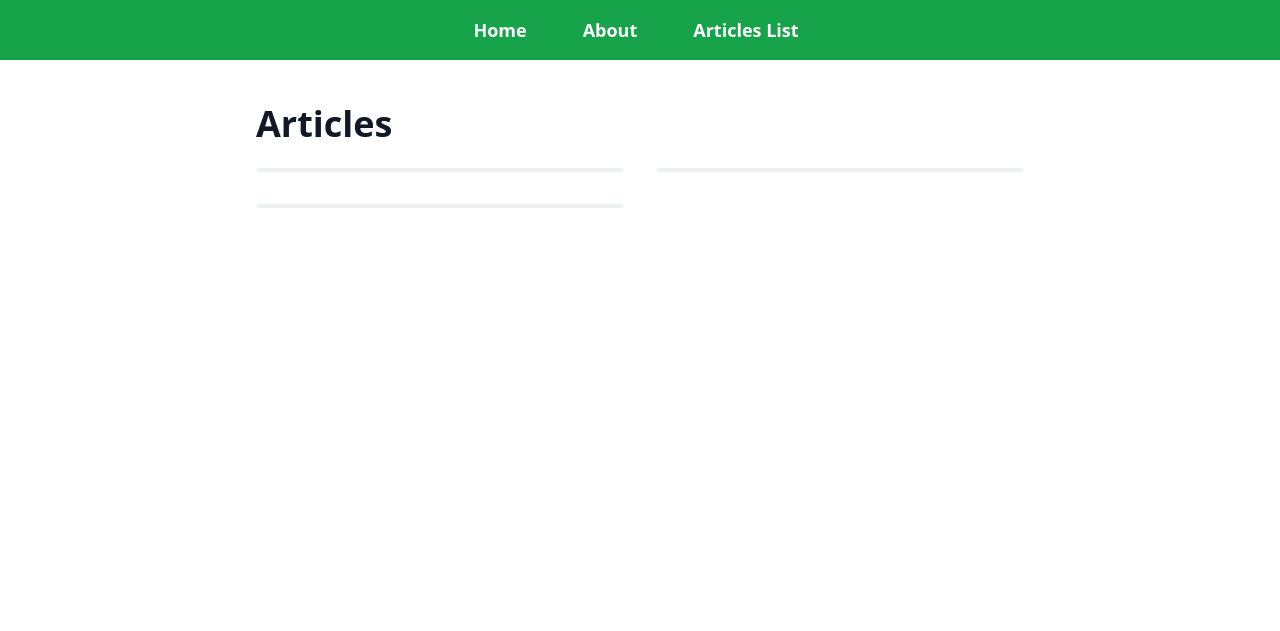
Repository: ymw0331/blog-mern-webapp
Page: /articles-list (app in client/)
The author's editor kept a copy of each file at every save. The page is drawn from the files as they stood at one save, then again after the next save.
The browser window is 1280 px wide. The pictures show the whole page.
The project was rebuilt for these pictures with package versions that can differ from the ones it lists, and the page was loaded fresh each time. Also part of the build but not shown: client/src/pages/Home.js, client/src/pages/About.js, client/src/pages/Article.js.

Above is the page before, as saved 2022-12-10 21:20:31.

### client/src/App.js
import { BrowserRouter as Router, Route, Routes } from 'react-router-dom';
// Pages
import Home from './pages/Home';
import About from './pages/About';
import Article from './pages/Article';
import ArticlesList from './pages/ArticlesList';
import Navbar from './components/Navbar';

function App() {
  return (
    <Router>
      <Navbar />
      <div className='max-w-screen-md mx-auto pt-20'>
        <Routes>
          <Route path='/' element={<Home />} />
          <Route path='/about' element={<About />} />
          <Route path='/articles-list' element={<ArticlesList />} />
          <Route path='/article/:name' element={<Article />} />
        </Routes>
      </div>
    </Router>
  );
}

export default App;

### client/src/pages/ArticlesList.js
import React from 'react';
import articleContent from './article-content';
import { Link } from 'react-router-dom';

const ArticlesList = () => {
  return (
    <div>
      <h1 className='sm:text-4xl text-2xl font-bold my-6 text-gray-900'>
        Articles
      </h1>
      <div classname='container py-4 mx-auto'>
        <div className='flex flex-wrap -m-4'>
          {articleContent.map((article, index) => (
            <div key={index} className='p-4 md:w-1/2'>
              <div className='h-full border-2 border-gray-200 border-opacity-60 rounded-lg overflow-hidden'>
                <Link to={`/article/${article.name}`}>
                  <img className='lg:'/>
                </Link>
              </div>
            </div>
          ))}
        </div>
      </div>
    </div>
  );
};

export default ArticlesList;

### client/src/components/Navbar.js
import React from 'react';
import { Link } from 'react-router-dom';

const Navbar = () => {
  return (
    <nav className='border-b4 border-green-700 text-center fixed top-0 bg-green-600 font-bold w-full text-lg text-white'>
      <ul>
        <li className='inline-block py-4'>
          <Link to='/' className='pl-6 pr-8'>
            Home
          </Link>
        </li>
        <li className='inline-block py-4'>
          <Link to='/about' className='pl-6 pr-8'>
            About
          </Link>
        </li>
        <li className='inline-block py-4'>
          <Link to='/articles-list' className='pl-6 pr-8'>
            Articles List
          </Link>
        </li>
      </ul>
    </nav>
  );
};

export default Navbar;

### client/src/pages/article-content.js
const articles = [
  {
    name: 'learn-react',
    title: 'The Fastest Way to Learn React',
    thumbnail: '/images/blog1.jpeg',
    content: [
      `Welcome! Today we're going to be talking about the fastest way to learn React. Lorem proin congue ligula id risus posuere, vel eleifend ex egestas. Sed in turpis leo. Aliquam malesuada in massa tincidunt egestas. Nam consectetur varius turpis, non porta arcu porttitor non. In tincidunt vulputate nulla quis egestas. Ut eleifend ut ipsum non fringilla. Praesent imperdiet nulla nec est luctus, at sodales purus euismod.`,
      `Donec vel mauris lectus. Etiam nec lectus urna. Sed sodales ultrices dapibus. Nam blandit tristique risus, eget accumsan nisl interdum eu. Aenean ac accumsan nisi. Nunc vel pulvinar diam. Nam eleifend egestas viverra. Donec finibus lectus sed lorem ultricies, eget ornare leo luctus. Morbi vehicula, nulla eu tempor interdum, nibh elit congue tellus, ac vulputate urna lorem nec nisi. Morbi id consequat quam. Vivamus accumsan dui in facilisis aliquet.`,
      `Etiam nec lectus urna. Sed sodales ultrices dapibus. Nam blandit tristique risus, eget accumsan nisl interdum eu. Aenean ac accumsan nisi. Nunc vel pulvinar diam. Nam eleifend egestas viverra. Donec finibus lectus sed lorem ultricies, eget ornare leo luctus. Morbi vehicula, nulla eu tempor interdum, nibh elit congue tellus, ac vulputate urna lorem nec nisi. Morbi id consequat quam. Vivamus accumsan dui in facilisis aliquet.`,
    ],
  },
  {
    name: 'learn-node',
    title: 'How to Build a Node Server in 10 Minutes',
    thumbnail: '/images/blog2.jpeg',
    content: [
      `In this article, we're going to be talking looking at a very quick way to set up a Node.js server. We'll be discussing some topics such as proin congue ligula id risus posuere, vel eleifend ex egestas. Sed in turpis leo. Aliquam malesuada in massa tincidunt egestas. Nam consectetur varius turpis, non porta arcu porttitor non. In tincidunt vulputate nulla quis egestas. Ut eleifend ut ipsum non fringilla. Praesent imperdiet nulla nec est luctus, at sodales purus euismod.`,
      `Donec vel mauris lectus. Etiam nec lectus urna. Sed sodales ultrices dapibus. Nam blandit tristique risus, eget accumsan nisl interdum eu. Aenean ac accumsan nisi. Nunc vel pulvinar diam. Nam eleifend egestas viverra. Donec finibus lectus sed lorem ultricies, eget ornare leo luctus. Morbi vehicula, nulla eu tempor interdum, nibh elit congue tellus, ac vulputate urna lorem nec nisi. Morbi id consequat quam. Vivamus accumsan dui in facilisis aliquet.`,
      `Etiam nec lectus urna. Sed sodales ultrices dapibus. Nam blandit tristique risus, eget accumsan nisl interdum eu. Aenean ac accumsan nisi. Nunc vel pulvinar diam. Nam eleifend egestas viverra. Donec finibus lectus sed lorem ultricies, eget ornare leo luctus. Morbi vehicula, nulla eu tempor interdum, nibh elit congue tellus, ac vulputate urna lorem nec nisi. Morbi id consequat quam. Vivamus accumsan dui in facilisis aliquet.`,
    ],
  },
  {
    name: 'my-thoughts-on-learning-react',
    title: 'My Thoughts on Learning ReactJS',
    thumbnail: '/images/blog3.jpeg',
    content: [
      `Today is the day I talk about something which scares most people: Learning ReactJS. In reality, I'm not sure why people have such a hard time with Learning ReactJS ligula id risus posuere, vel eleifend ex egestas. Sed in turpis leo. Aliquam malesuada in massa tincidunt egestas. Nam consectetur varius turpis, non porta arcu porttitor non. In tincidunt vulputate nulla quis egestas. Ut eleifend ut ipsum non fringilla. Praesent imperdiet nulla nec est luctus, at sodales purus euismod.`,
      `Donec vel mauris lectus. Etiam nec lectus urna. Sed sodales ultrices dapibus. Nam blandit tristique risus, eget accumsan nisl interdum eu. Aenean ac accumsan nisi. Nunc vel pulvinar diam. Nam eleifend egestas viverra. Donec finibus lectus sed lorem ultricies, eget ornare leo luctus. Morbi vehicula, nulla eu tempor interdum, nibh elit congue tellus, ac vulputate urna lorem nec nisi. Morbi id consequat quam. Vivamus accumsan dui in facilisis aliquet.`,
      `Etiam nec lectus urna. Sed sodales ultrices dapibus. Nam blandit tristique risus, eget accumsan nisl interdum eu. Aenean ac accumsan nisi. Nunc vel pulvinar diam. Nam eleifend egestas viverra. Donec finibus lectus sed lorem ultricies, eget ornare leo luctus. Morbi vehicula, nulla eu tempor interdum, nibh elit congue tellus, ac vulputate urna lorem nec nisi. Morbi id consequat quam. Vivamus accumsan dui in facilisis aliquet.`,
    ],
  },
];
export default articles;

Loaded but not shown: client/public/index.html (common file); client/src/index.js (common file); client/src/index.css (common file); client/src/reportWebVitals.js (common file); client/tailwind.config.js (common file)

After the next save:
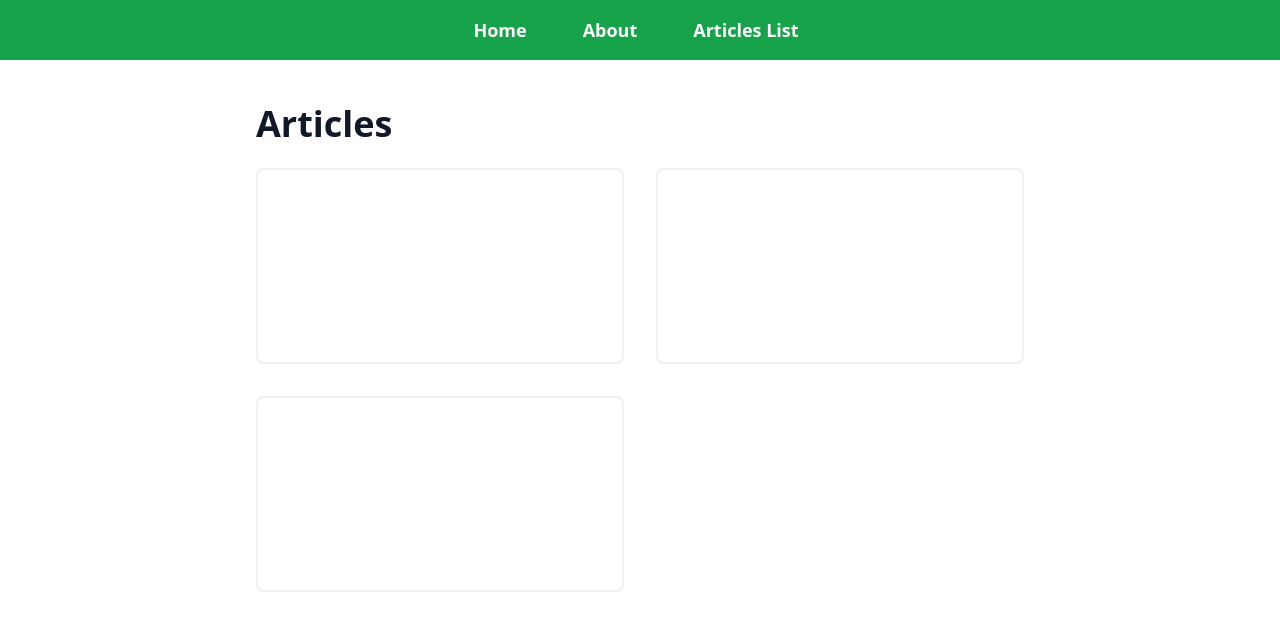
Saved 6 s later.
--- a/client/src/pages/ArticlesList.js
+++ b/client/src/pages/ArticlesList.js
@@ -14,7 +14,7 @@ const ArticlesList = () => {
             <div key={index} className='p-4 md:w-1/2'>
               <div className='h-full border-2 border-gray-200 border-opacity-60 rounded-lg overflow-hidden'>
                 <Link to={`/article/${article.name}`}>
-                  <img className='lg:'/>
+                  <img className='lg:h-48 md:h-'/>
                 </Link>
               </div>
             </div>
